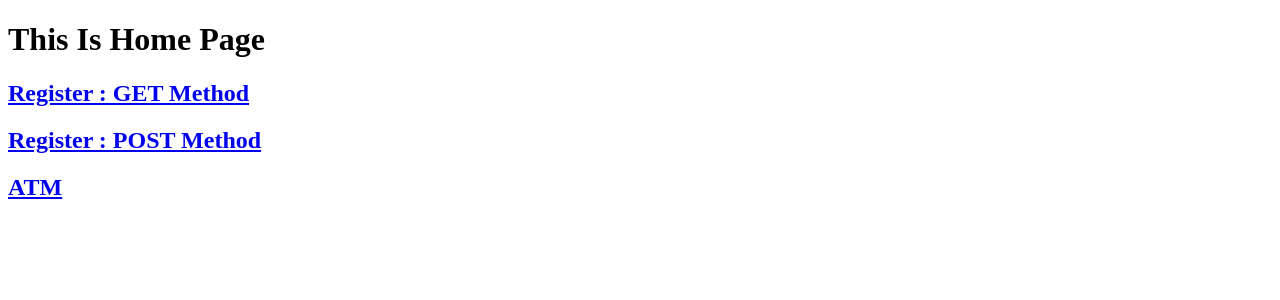
Repository: Pradeep4802/utopiatech
Page: eclipse-workspace/DevelearnUSerManagement/src/main/webapp/index.html
These files come from the project's save history. The page is drawn as it stood at one moment and after the next save; the edit follows.
The browser window is 1280 px wide. The pictures show the whole page.

Above is the page before, as saved 2023-10-10 14:17:00.

### eclipse-workspace/DevelearnUSerManagement/src/main/webapp/index.html
<!DOCTYPE html>
<html>
<head>
<meta charset="ISO-8859-1">
<title>Insert title here</title>
</head>
<body>

	<h1> This Is Home Page</h1>
	<h2><a href="register.html">Register : GET Method</a></h2>
	<h2><a href="register1.html">Register : POST Method</a></h2>
	<h2><a href="ATM.html">ATM</a></h2>

</body>
</html>

After the next save:
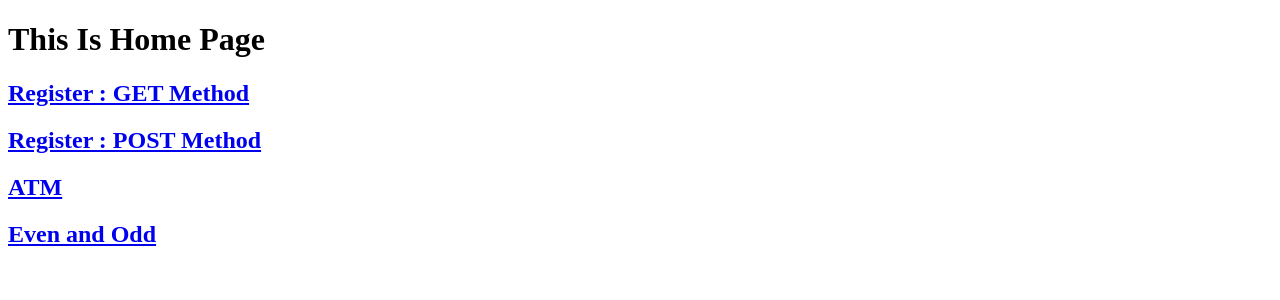
Saved 51 s later.
--- a/eclipse-workspace/DevelearnUSerManagement/src/main/webapp/index.html
+++ b/eclipse-workspace/DevelearnUSerManagement/src/main/webapp/index.html
@@ -10,6 +10,7 @@
 	<h2><a href="register.html">Register : GET Method</a></h2>
 	<h2><a href="register1.html">Register : POST Method</a></h2>
 	<h2><a href="ATM.html">ATM</a></h2>
+	<h2><a href="Program.jsp">Even and Odd</a></h2>
 
 </body>
 </html>
